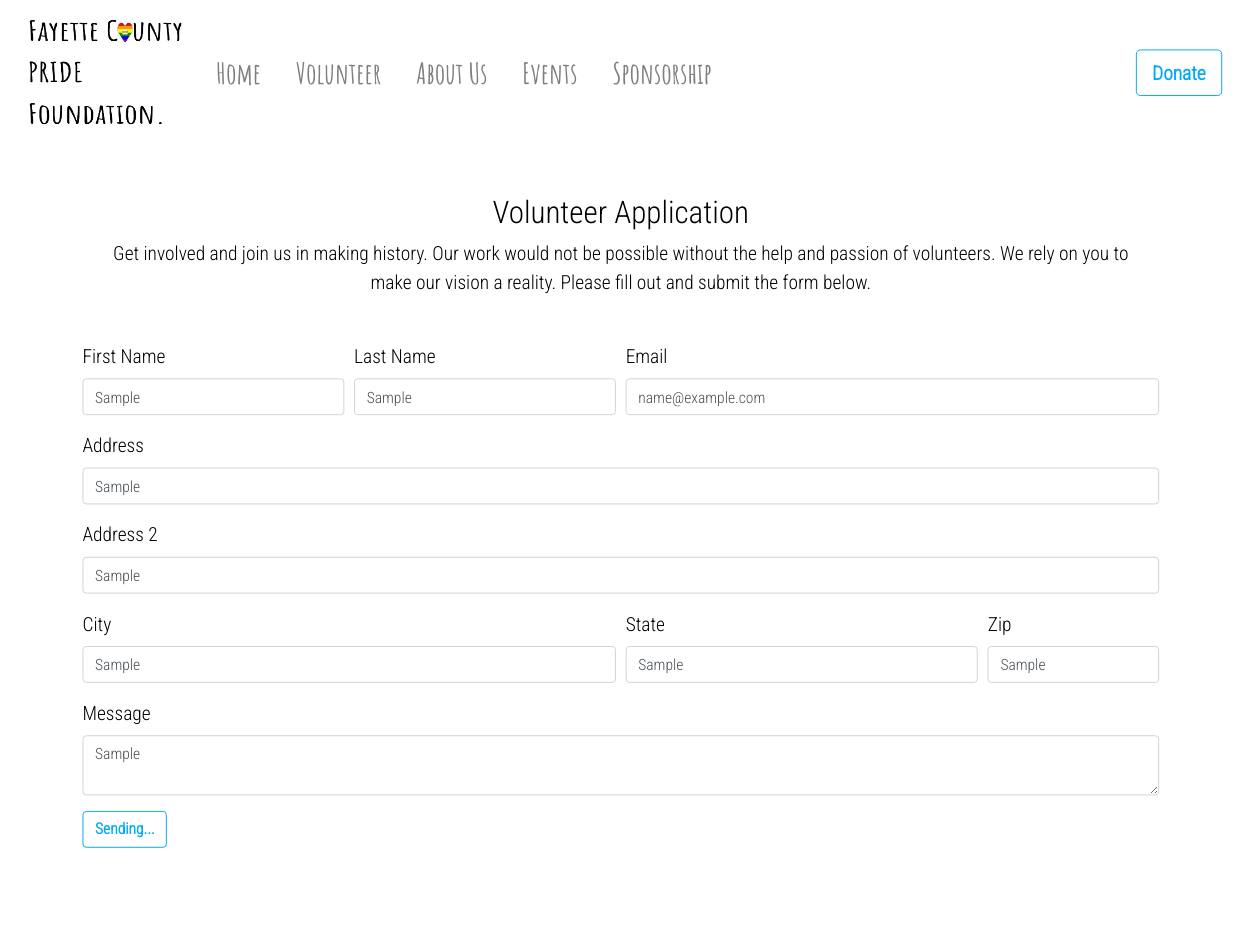
Repository: Code-Institute-Submissions/https-github.com-callendera-Milestone-Project-2
Page: volunteer.html
The author's editor kept a record of every edit. The page is drawn from the files as they stood at one moment, then again after the next edit.
The browser window is 1280 px wide. The pictures show the whole page, at 97% of full size.
Empty fields were first filled with sample values (such as "Sample", 5 or name@example.com).
After loading, the first visible `#volunteerForm` was submitted once.
Some web libraries are served in a nearby version.

Above is the page before.
Console error: ReferenceError: emailjs is not defined

### volunteer.html
<!DOCTYPE html>
<html lang="en">

<head>
    <meta charset="UTF-8">
    <meta name="viewport" content="width=device-width, initial-scale=1.0">
    <meta http-equiv="X-UA-Compatible" content="ie=edge">
    <title>Fayette County PRIDE</title>

    <!--this code provides my font-->
    <link href="https://fonts.googleapis.com/css?family=Amatic+SC:700|Roboto+Condensed:300&display=swap" rel="stylesheet">

    <!--this code provides my Icons-->
    <link rel="stylesheet" href="https://use.fontawesome.com/releases/v5.8.1/css/all.css" integrity="sha384-50oBUHEmvpQ+1lW4y57PTFmhCaXp0ML5d60M1M7uH2+nqUivzIebhndOJK28anvf" crossorigin="anonymous">
    <!--this code allows me to use bootstrap styles and pieces of code-->
    <link rel="stylesheet" href="https://stackpath.bootstrapcdn.com/bootstrap/4.3.1/css/bootstrap.min.css" integrity="sha384-ggOyR0iXCbMQv3Xipma34MD+dH/1fQ784/j6cY/iJTQUOhcWr7x9JvoRxT2MZw1T" crossorigin="anonymous">

    <!--links to my style sheet: style.css-->
    <link rel="stylesheet" href="assets/css/style.css" type="text/css" />

    <!--script is for my email.js to submit volunteer application-->

    <script type="text/javascript" src="https://cdn.emailjs.com/sdk/2.3.2/email.min.js"></script>
    <script type="text/javascript">
        (function() {
            emailjs.init("user_92AoHT5tDuWzStBRMLqiD");
        })();
    </script>

</head>

<body>
    <!--NavBar-->

    <!--Navbar styles are given by the class names. and the navbar is fixed at the top to allow a better UX-->


    <nav class="navbar navbar-light my-navbar navbar-expand-sm fixed-top">
        <a class="navbar-brand my-navbar-brand" href="index.html">
            <!--this code provides our logo-->
    <img src="assets/images/logo.jpg" width="175" height="125" class="d-inline-block align-top" alt="Fayette County PRIDE logo">
  </a>

        <!--this code allows my navbar tp be compressed into a navbar toggler on smaller screen sizes-->
        <button class="navbar-toggler ml-auto my-navbar-toggler" type="button" data-toggle="collapse" data-target="#navbarNavDropdown" aria-controls="navbarNavDropdown" aria-expanded="false" aria-label="Toggle navigation">
            <span class="navbar-toggler-icon my-navbar-toggler-icon"></span></button>



        <!--this code targets the toggler-->
        <div class="collapse navbar-collapse" id="navbarNavDropdown">
            <!--these are my links to navigate you through the site-->
            <ul class="navbar-nav my-navbar-nav mr-auto justify-content-center">

                <li class="nav-item"><a class="nav-link my-nav-link" href="index.html#top">Home</a></li>
                <li class="nav-item"><a class="nav-link my-nav-link" href="volunteer.html">Volunteer</a></li>
                <li class="nav-item"><a class="nav-link my-nav-link " href="index.html#learn">About Us</a></li>
                <li class="nav-item"><a class="nav-link my-nav-link" href="index.html#events">Events</a></li>
                <li class="nav-item"><a class="nav-link my-nav-link" href="index.html#subscribe">Sponsorship</a></li>



            </ul>


            <!--This code blocks the button and text from being shown on small screens, but appears on larger screen sizes-->
            <div class="d-none d-lg-block">
                <!--gives the viewer the oportunity to become a sponsor while still browsing the site-->

                <a href="https://www.gofundme.com/f/fayette-county-pride-2019" class="btn btn-lg my-nav-btn btn-success my-btn" target="_blank">Donate</a>
            </div>
        </div>
    </nav>
    <!--navbar-->
    <div class="container">
        <!--volunteer-form is a unique/personal class to provide style/sizing for form, id=volunteerform helps to target form for js-->
        <form class="volunteer-form" id="volunteerForm">
            <!--app-heading give styles for the heading-->
            <div class="col-12 text-center app-heading">
                <h2>Volunteer Application</h2>
                <p>Get involved and join us in making history. Our work would not be possible without the help and passion of volunteers. We rely on you to make our vision a reality. Please fill out and submit the form below.</p>
            </div>
            <div class="form-row">
                <div class="col">
                    <label for="firstname">First Name</label>
                    <input type="text" name="from_firstname" class="form-control" id="firstname" placeholder="First" required>
                </div>
                <div class="col">
                    <label for="lastname">Last Name</label>
                    <input type="text" name="from_lastname" class="form-control" id="lastname" placeholder="Last" required>
                </div>
                <div class="form-group col-md-6">
                    <label for="emailaddress">Email</label>
                    <input type="email" name="from_email" class="form-control" id="emailaddress" placeholder="Email" required>
                </div>

            </div>
            <div class="form-group">
                <label for="address">Address</label>
                <input type="text" name="address" class="form-control" id="address" placeholder="1234 Main St" required>
            </div>
            <div class="form-group">
                <label for="address2">Address 2</label>
                <input type="text" name="address2" class="form-control" id="address2" placeholder="Apartment, studio, or floor">
            </div>
            <div class="form-row">
                <div class="form-group col-md-6">
                    <label for="city">City</label>
                    <input type="text" name="the_city" class="form-control" id="city" required>
                </div>
                <div class="form-group col-md-4">
                    <label for="state">State</label>
                    <input type="text" name="the_state" class="form-control" id="state" required>
                </div>
                <div class="form-group col-md-2">
                    <label for="zip">Zip</label>
                    <input type="text" name="the_zip" class="form-control" id="zip" required>
                </div>
            </div>
            <div class="mb-3">
                <label for="subscribermessage">Message</label>
                <textarea class="form-control" name="subscriber_message" id="subscribermessage" placeholder="Why do you want to volunteer for the Fayette County PRIDE Foundation? Which event are you interested in?" required></textarea>

            </div>
            <!--my-btn is my personalized styles for all buttons to match theme of page-->
            <button type="submit" class="btn my-btn btn-primary">Submit Application</button>
        </form>
    </div>

    <!--script for js used within page-->
    <script type="text/javascript" src="//ajax.googleapis.com/ajax/libs/jquery/2.1.1/jquery.min.js"></script>



    <script src="assets/js/sendApplication.js"></script>



    <!--positioning engine, used throughout webpage-->
    <script src="https://cdnjs.cloudflare.com/ajax/libs/popper.js/1.14.7/umd/popper.min.js " integrity="sha384-UO2eT0CpHqdSJQ6hJty5KVphtPhzWj9WO1clHTMGa3JDZwrnQq4sF86dIHNDz0W1" crossorigin="anonymous"></script>

    <!--script needed to link my bootstrap classes-->
    <script src="https://stackpath.bootstrapcdn.com/bootstrap/4.3.1/js/bootstrap.min.js " integrity="sha384-JjSmVgyd0p3pXB1rRibZUAYoIIy6OrQ6VrjIEaFf/nJGzIxFDsf4x0xIM+B07jRM" crossorigin="anonymous"></script>




    <!-- Modal -->


</body>

</html>

### assets/js/sendApplication.js
var myform = $("form#volunteerForm");
myform.submit(function(event){
	event.preventDefault();

	var params = myform.serializeArray().reduce(function(obj, item) {
     obj[item.name] = item.value;
     return obj;
  }, {});

  // Change to your service ID, or keep using the default service
  var service_id = "default_service";

  var template_id = "subscribe";
  myform.find("button").text("Sending...");
  emailjs.send(service_id, template_id, params)
  	.then(function(){
       alert("Sent!");
       myform.find("button").text("Send");
     }, function(err) {
       alert("Send email failed!\r\n Response:\n " + JSON.stringify(err));
       myform.find("button").text("Send");
    });

  return false;
});

Loaded but not shown: assets/css/style.css (890 lines, source omitted)

After the next edit:
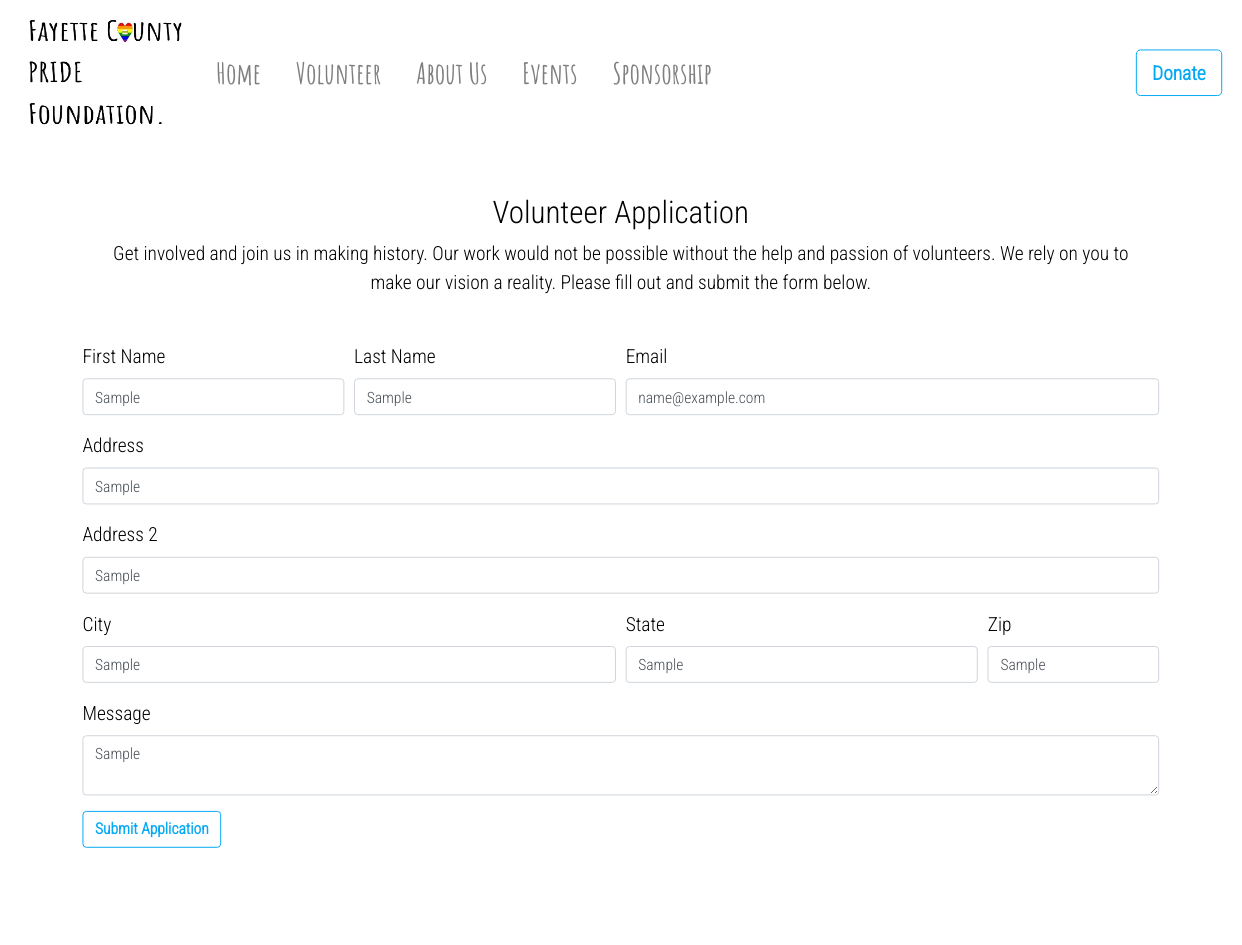
The edit:
--- a/assets/js/sendApplication.js
+++ b/assets/js/sendApplication.js
@@ -2,7 +2,7 @@
 myform.submit(function(event){
 	event.preventDefault();
 
-	var params = myform.serializeArray().reduce(function(obj, item) {
+	var params = volunteerForm.serializeArray().reduce(function(obj, item) {
      obj[item.name] = item.value;
      return obj;
   }, {});
